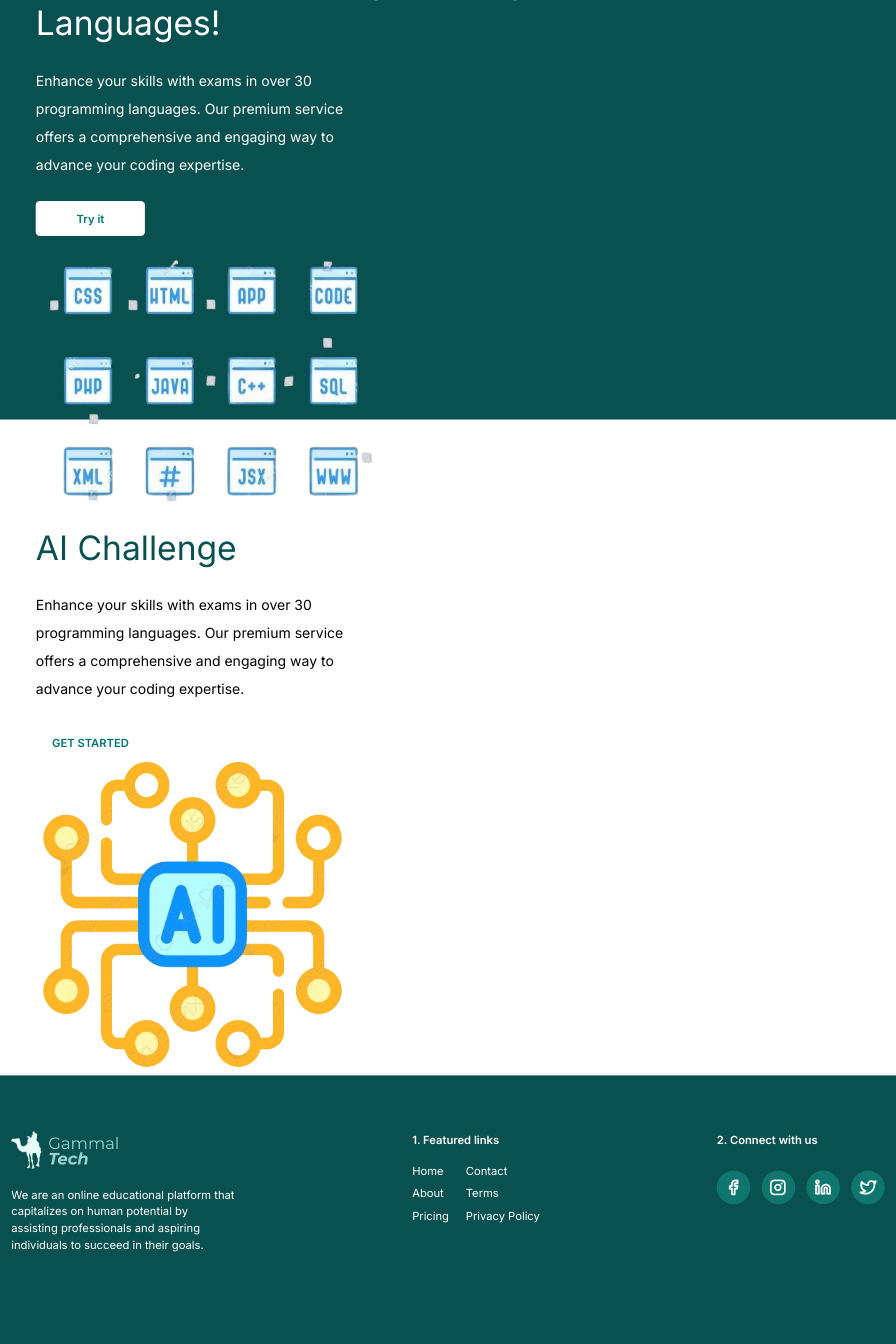
Repository: Ahmed77669/Internship-test
Page: /
The author's editor kept a copy of each file at every save. The page is drawn from the files as they stood at one save, then again after the next save.
The browser window is 1280 px wide. The pictures show the part of the page from y = 1066 to 2986 px (the page is 2986 px tall before and 2946 px after), at 70% of full size.
The project was rebuilt for these pictures with package versions that can differ from the ones it lists, and the page was loaded fresh each time. The framework's server and built-in components were replaced by stand-ins that run in the browser. Also part of the build but not shown: next.config.mjs.

Above is the page before, as saved 2024-10-13 19:38:26.

After the next save:
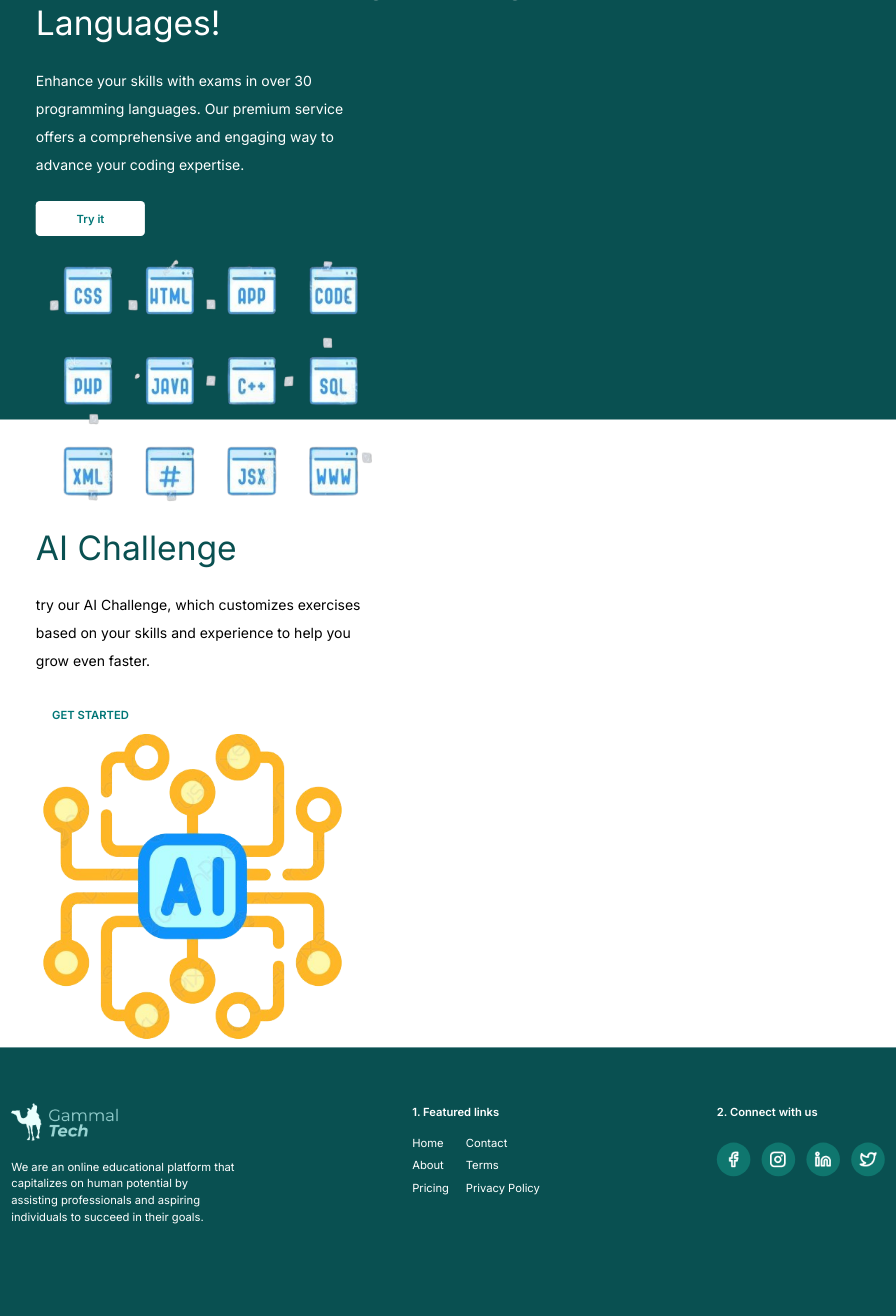
Saved 16 s later.
--- a/components/Home_1.tsx
+++ b/components/Home_1.tsx
@@ -80,9 +80,7 @@
           </div>
 
           <p className="text-black w-2/3 text-xl mt-8 leading-[40px]">
-            Enhance your skills with exams in over 30 programming languages. Our
-            premium service offers a comprehensive and engaging way to advance
-            your coding expertise.
+          try our AI Challenge, which customizes exercises based on your skills and experience to help you grow even faster.
           </p>
 
           <button
